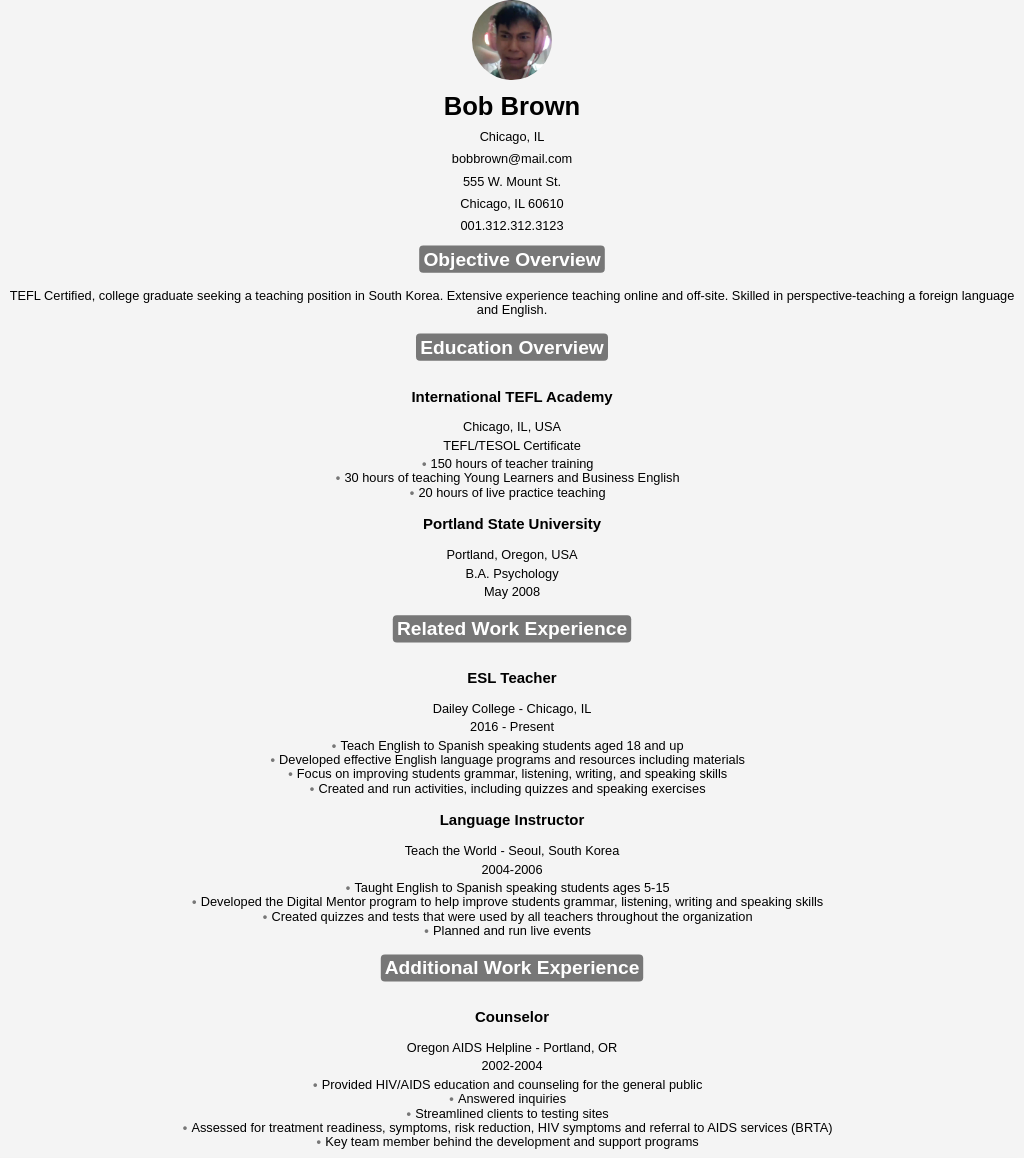
Repository: Gibekkk/WebPro
Page: Tugas Lab 1 (2)/index.html
The author's editor kept a copy of each file at every save. The page is drawn from the files as they stood at one save, then again after the next save.
The browser window is 1280 px wide. The pictures show the whole page, at 80% of full size.

Above is the page before, as saved 2024-03-25 13:21:04.

After the next save:
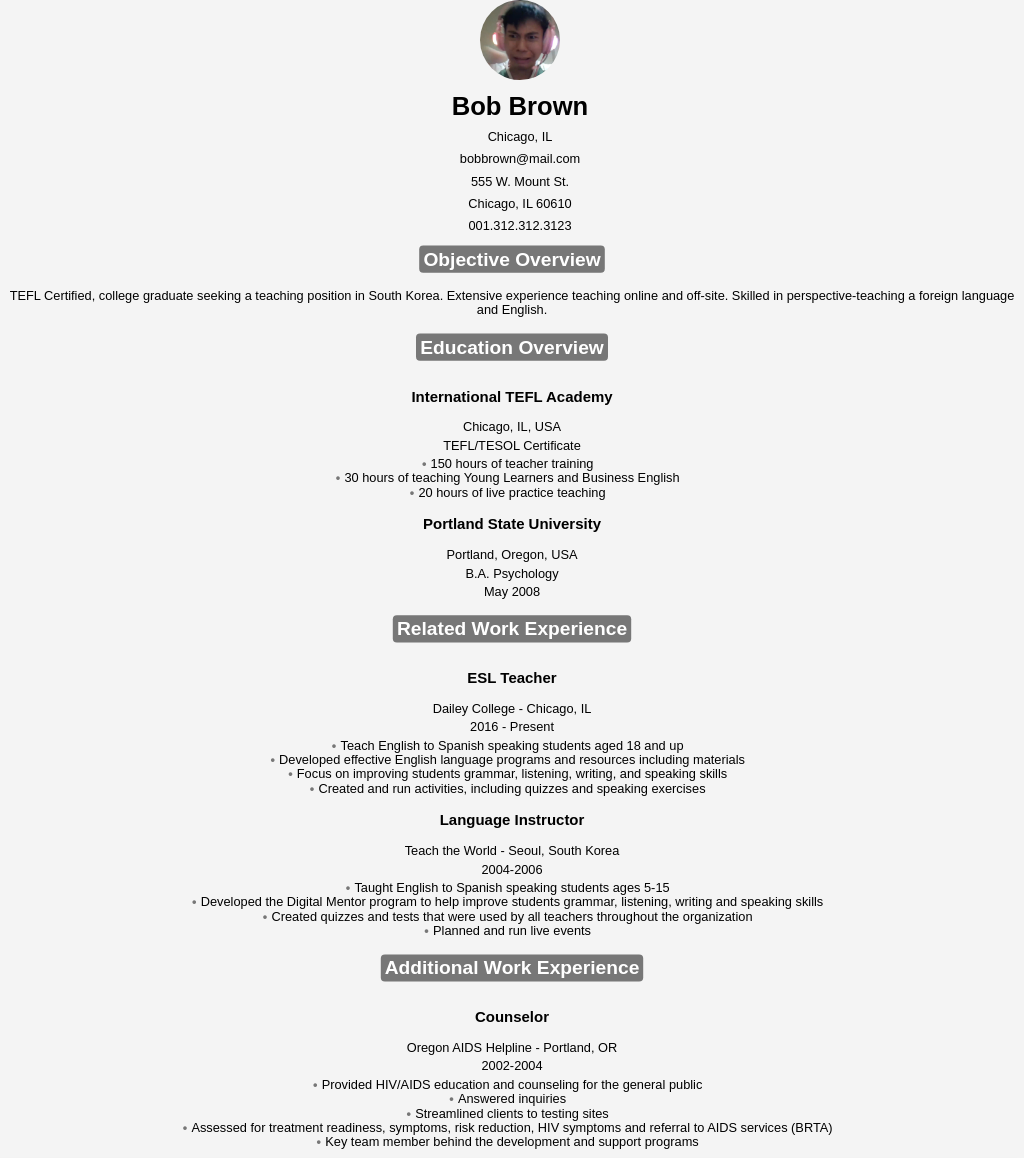
Saved 45 s later.
--- a/Tugas Lab 1 (2)/index.html
+++ b/Tugas Lab 1 (2)/index.html
@@ -13,9 +13,11 @@
   }
   .header {
     display: flex;
-    justify-content: center;
+    justify-content: flex-start;
     align-items: center;
     flex-direction: column;
+    text-align: left;
+    padding-left: 20px;
   }
   .header img {
     width: 100px;
